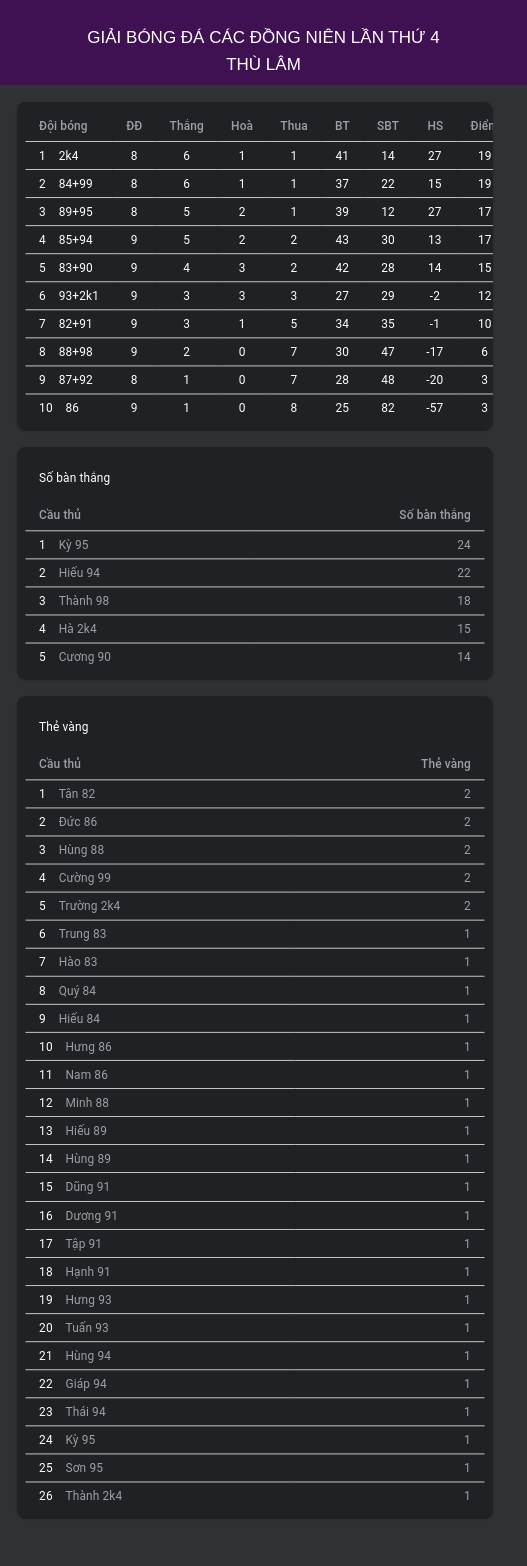
Repository: tuan842001/thulam
Page: /
An editor plug-in stored every save of this project. The page is shown before and after the next save, followed by the edit.
The browser window is 375 px wide. The page is 620 px wide, so the pictures cover 620 px, including what lies to the right of the window. The pictures show the whole page, at 85% of full size.
The project was rebuilt for these pictures with package versions that can differ from the ones it lists, and the page was loaded fresh each time.

Above is the page before, as saved 2022-01-11 16:13:54.

After the next save:
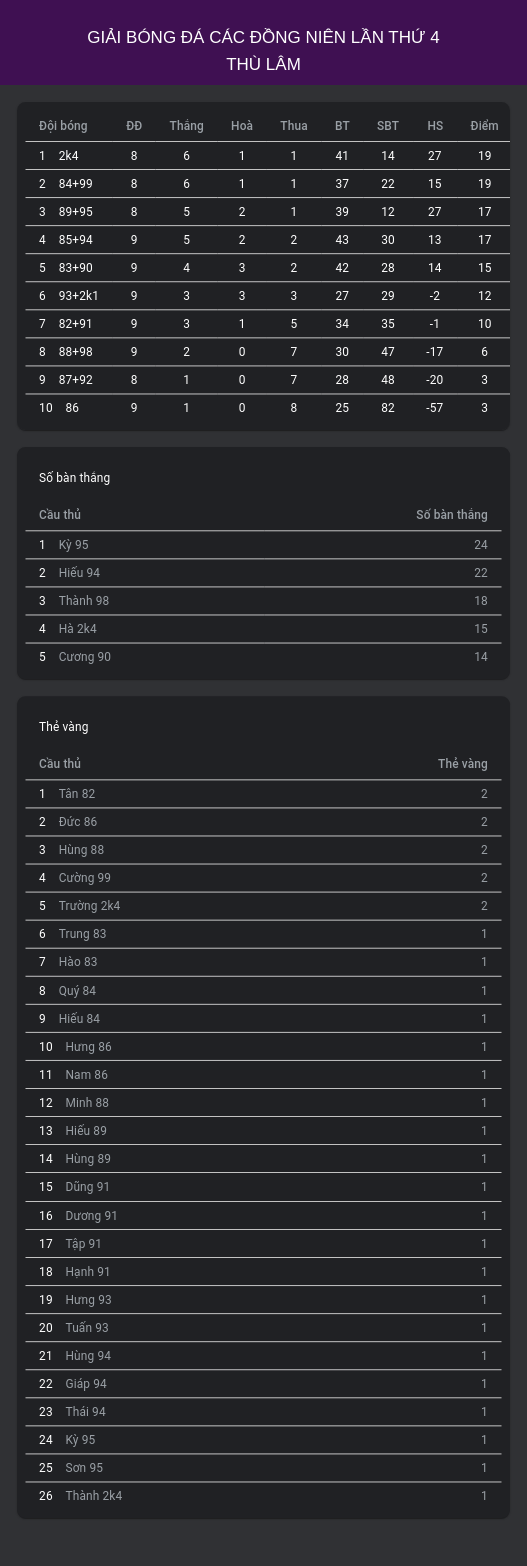
Saved 14 min 37 s later.
--- a/src/App.css
+++ b/src/App.css
@@ -20,7 +20,7 @@ body {
   }
 
   .TableContainer {
-    width: 560px !important;
+    width: 580px !important;
     margin: 20px !important;
   }
 }
